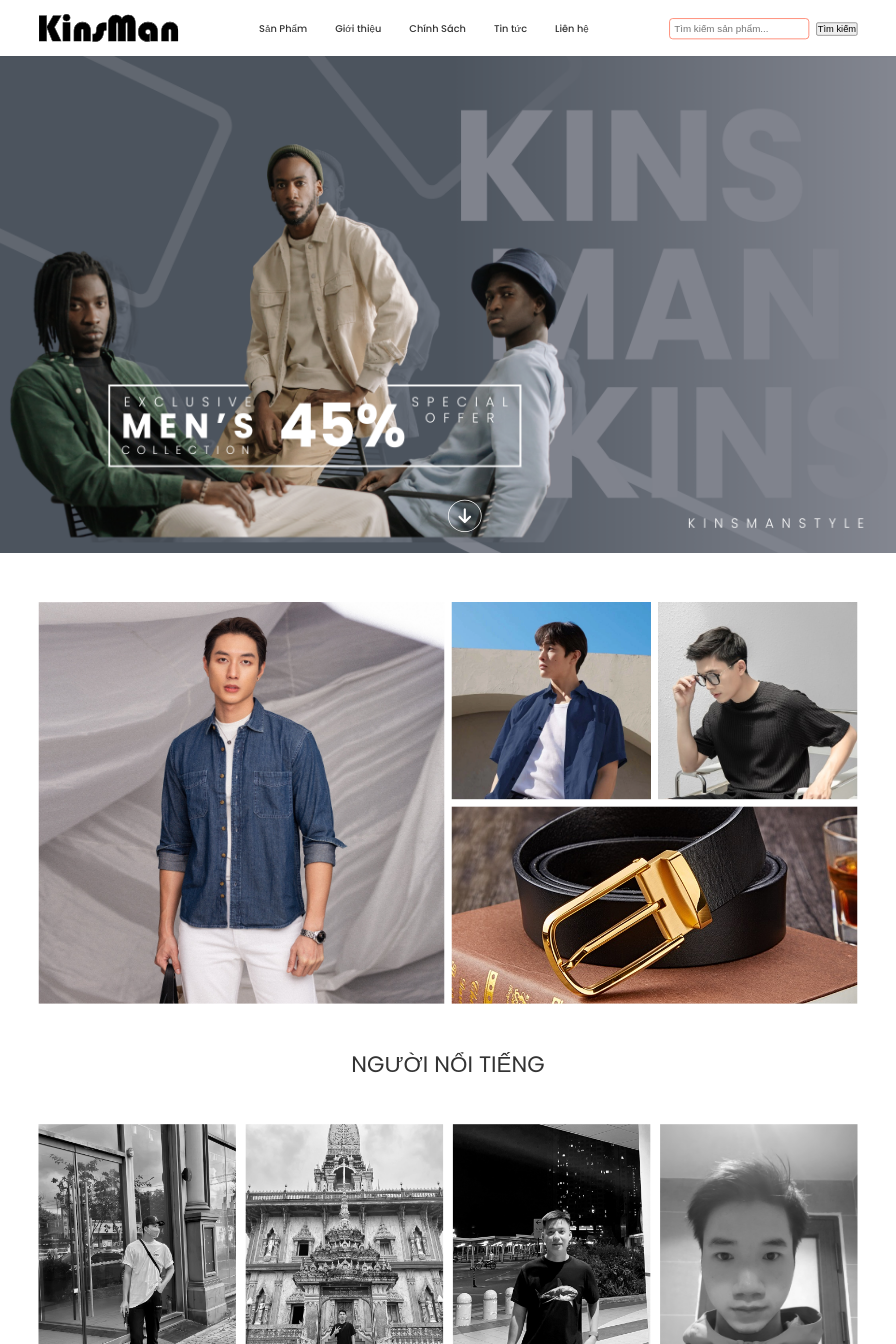
Repository: hoang28092000/kinsmanClothes
Page: index.html
An editor plug-in stored every save of this project. The page is shown before and after the next save, followed by the edit.
The browser window is 1280 px wide. The pictures show the part of the page from y = 0 to 1920 px (the page is 3595 px tall), at 70% of full size.
The first visible `.search-box input[type="text"]` has the focus.

Above is the page before, as saved 2025-05-12 20:27:46.

### index.html
<!DOCTYPE html>
<html lang="en">
  <head>
    <meta charset="UTF-8" />
    <meta name="viewport" content="width=device-width, initial-scale=1.0" />
    <link rel="preconnect" href="https://fonts.googleapis.com" />
    <link rel="preconnect" href="https://fonts.gstatic.com" crossorigin />
    <link
      href="https://fonts.googleapis.com/css2?family=Poppins:ital,wght@0,100;0,200;0,300;0,400;0,500;0,600;0,700;0,800;0,900;1,100;1,200;1,300;1,400;1,500;1,600;1,700;1,800;1,900&display=swap"
      rel="stylesheet"
    />
    <link
      rel="stylesheet"
      href="https://cdnjs.cloudflare.com/ajax/libs/font-awesome/6.7.2/css/all.min.css"
      integrity="sha512-Evv84Mr4kqVGRNSgIGL/F/aIDqQb7xQ2vcrdIwxfjThSH8CSR7PBEakCr51Ck+w+/U6swU2Im1vVX0SVk9ABhg=="
      crossorigin="anonymous"
      referrerpolicy="no-referrer"
    />
    <link rel="stylesheet" href="./css/reset.css" />
    <link rel="stylesheet" href="./css/main.css" />

    <title>KinsManClothes</title>
  </head>
  <body>
    <header class="header">
      <div class="container">
        <div class="content-header">
          <div class="logo">
            <a href="./index.html">
              <img
                src="./asset/logo/logo-kinsmann.svg"
                alt="KinsManClothes Logo"
              />
            </a>
          </div>
          <nav class="nav">
            <ul>
              <li><a href="./pages/product.html">Sản Phẩm</a></li>
              <li><a href="./pages/about-us.html">Giới thiệu</a></li>
              <li><a href="./pages/policy.html">Chính Sách</a></li>
              <li><a href="./pages/news.html">Tin tức</a></li>
              <li><a href="./pages/contact.html">Liên hệ</a></li>
            </ul>
          </nav>
          <form class="search-box">
            <input type="text" id="search-input" placeholder="Tìm kiếm sản phẩm..." />
            <button type="button" id="search-button">Tìm kiếm</button>
          </form>
        </div>
      </div>
    </header>

    <main>
      <div class="content-main">
        <div class="slider" id="slider">
          <img
            src="./asset/banner/banner-2.png"
            alt="banner"
            class="slide active"
          />
          <img src="./asset/banner/banner-3.png" alt="banner" class="slide" />
          <img src="./asset/banner/banner-1.png" alt="banner" class="slide" />
          <a href="#category-list"
            ><i class="fa-solid fa-arrow-down arrow-continue"></i
          ></a>
        </div>
      </div>
      <div class="container">
        <section class="category-list" id="category-list">
          <div class="card-wrapper">
            <img
              src="./asset/image/model-6.jpg"
              alt=""
              class="img-category-1"
            />
            <div class="overlay">
              <h3>Jeans</h3>
              <a href="./category/jeans.html">Xem thêm</a>
            </div>
          </div>
          <div class="card-wrapper-2">
            <img src="./asset/image/model-2.webp" alt="" />
            <div class="overlay">
              <h3>Sơ mi</h3>
              <a href="./category/somi.html">Xem thêm</a>
            </div>
          </div>
          <div class="card-wrapper-2">
            <img src="./asset/image/mode-10.jpg" alt="" />
            <div class="overlay">
              <h3>Áo thun</h3>
              <a href="./category/t-shirt.html">Xem thêm</a>
            </div>
          </div>
          <div class="card-wrapper-3">
            <img src="./asset/image/model-9.jpg" alt="" />
            <div class="overlay">
              <h3>Thắt lưng</h3>
              <a href="./category/belt.html">Xem thêm</a>
            </div>
          </div>
        </section>
        <section class="celebrity">
          <h2 class="title-heading">NGƯỜI NỔI TIẾNG</h2>
          <div class="celebrity-list">
            <a href="">
              <div class="celebrity-item">
                <img src="./asset/image/celep-1.jpg" alt="" />
                <h3>Ca sĩ Tùng Thanh</h3>
              </div>
            </a>
            <a href=""
              ><div class="celebrity-item">
                <img src="./asset/image/celep-5.jpg" alt="" />
                <h3>Nhà thiết kế thời trang Đăng Nam</h3>
              </div></a
            >
            <a href=""
              ><div class="celebrity-item">
                <img src="./asset/image/celep-3.jpg" alt="" />
                <h3>Nhà thiết kế Văn Dũng</h3>
              </div></a
            >
            <a href=""
              ><div class="celebrity-item">
                <img src="./asset/image/celep-7.jpg" alt="" />
                <h3>Diễn viên hài Hoàng Vũ</h3>
              </div></a
            >
          </div>
        </section>
        <section class="collection">
          <h2 class="title-heading">BỘ SƯU TẬP MỚI</h2>
          <div class="list-collection">
            <a href="./detail/detail-product.html?id=j-4">
              <div class="item-collection">
                <img src="./asset/image/j-4.webp" alt="this is collection" />
                <p>NEW</p>
              </div>
            </a>
            <a href="./detail/detail-product.html?id=j-5">
              <div class="item-collection">
                <img src="./asset/image/j-5.webp" alt="this is collection" />
                <p>NEW</p>
              </div>
            </a>
            <a href="./detail/detail-product.html?id=j-6">
              <div class="item-collection">
                <img src="./asset/image/j-6.webp" alt="this is collection" />
                <p>NEW</p>
              </div>
            </a>
            <a href="./detail/detail-product.html?id=j-7">
              <div class="item-collection">
                <img src="./asset/image/j-7.webp" alt="this is collection" />
                <p>NEW</p>
              </div>
            </a>
          </div>
        </section>
        <section class="news">
          <h2 class="title-heading">TIN TỨC NỔI BẬT</h2>
          <div class="list-news">
            <a href="">
              <div class="item-news">
                <img
                  src="./asset/image/new-1.jpg "
                  alt="this is picture news 1"
                />
                <div class="info-news">
                  <h3>Hướng dẫn chọn size</h3>
                  <p>
                    Tìm hiểu cách chọn size áo cho nam chuẩn nhất năm 2025. Bảng
                    size áo thun, áo sơ mi, áo jean, theo chiều cao, cân nặng và
                    số đo trên cơ thể.
                  </p>
                </div>
              </div>
            </a>
            <a href="">
              <div class="item-news">
                <img
                  src="./asset/image/news-2.webp "
                  alt="this is picture news 1"
                />
                <div class="info-news">
                  <h3>Phong Cách Mới – Năng động</h3>
                  <p>
                    Bứt phá khỏi những khuôn mẫu cũ kỹ, bộ sưu tập mới mang đến
                    hình ảnh người đàn ông hiện đại: tự tin, bản lĩnh và khác
                    biệt. Từ áo sơ mi tối giản đến blazer cách điệu, mọi chi
                    tiết đều được thiết kế để tôn vinh dáng vóc và thần thái của
                    phái mạnh. Đây không chỉ là quần áo – mà là tuyên ngôn về
                    phong cách sống.
                  </p>
                </div>
              </div>
            </a>
            <a href="">
              <div class="item-news">
                <img
                  src="./asset/image/news-3.jpg "
                  alt="this is picture news 1"
                />
                <div class="info-news">
                  <h3>Chất Lượng Định Hình Đẳng Cấp</h3>
                  <p>
                    Sự tinh tế không đến từ màu sắc nổi bật mà nằm ở từng đường
                    kim, mũi chỉ. Với chất liệu cao cấp, độ hoàn thiện vượt trội
                    và phom dáng chuẩn xác, mỗi thiết kế là sự kết hợp hoàn hảo
                    giữa thủ công và hiện đại. Không cần phô trương – bạn vẫn
                    nổi bật bằng chính sự chỉn chu đầy khí chấ
                  </p>
                </div>
              </div>
            </a>
            <a href="">
              <div class="item-news">
                <img
                  src="./asset/image/news-4.png "
                  alt="this is picture news 1"
                />
                <div class="info-news">
                  <h3>Sắc Màu Trẻ – Mạnh mẽ</h3>
                  <p>
                    Mạnh mẽ không có nghĩa là khô cứng. Những gam màu tươi mới
                    như xanh olive, be hiện đại hay đỏ rượu vang được xử lý tinh
                    tế, tạo nên phong cách vừa trẻ trung vừa lịch lãm. Bộ sưu
                    tập dành cho người đàn ông không ngại thể hiện cá tính – qua
                    màu sắc, qua phong cách, và qua từng bước đi
                  </p>
                </div>
              </div>
            </a>
          </div>
        </section>
      </div>
      <section class="banner-second">
        <img src="./asset/banner/banner-5.png" alt="this banner second" />
        <div class="info-banner">
          <h3>KINSMAN STORE - THƯƠNG HIỆU TRẺ TRUNG NĂNG ĐỘNG</h3>
        </div>
      </section>
      <div class="search-results"></div>
    </main>

    <footer class="footer">
      <div class="content-footer">
        <ul class="info-footer">
          <li class="contact-footer">
            <i class="fa-solid fa-phone icon-footer"></i>
            <p> : 0968 026 400</p>
          </li>
          <li class="contact-footer">
            <i class="fa-solid fa-envelope icon-footer"></i>
            <p> : hvu6097@gmail.com</p>
          </li>
        </ul>
        <ul class="info-footer">
          <li class="title-footer">
            GIỚI THIỆU
          </li>
          <li>
            <a href="">
              Hệ thống cửa hàng
            </a>
          </li>
          <li>
            <a href="">
              Sản phẩm
            </a>
          </li>
        </ul>
        <ul class="info-footer">
          <li class="title-footer">
            CHƯƠNG TRÌNH & CHÍNH SÁCH
          </li>
          <li>
            <a href="">Chương trình ưu đãi</a>
          </li>
          <li>
            <a href="">Chính sách bảo hành</a>
          </li>
          <li>
            <a href="">Chính sách đổi hàng</a>
          </li>
          <li>
            <a href="">Chính sách bảo mật</a>
          </li>
          <li>
            <a href="">Quy định thanh toán</a>
          </li>
        </ul>
        <ul class="info-footer">
          <li class="title-footer">
            TIN TỨC
          </li>
          <li>
            <a href="">Tin nổi bật</a>
          </li>
          <li>
            <a href="">Sao Việt và Khách hàng</a>
          </li>
        </ul>
        <ul class="footer-social">
          <li class="title-footer">Theo dõi KinsMan trên mạng xã hội</li>
          <li class="links-social">
            <i class="fa-brands fa-square-facebook icon-social"></i>
            <i class="fa-brands fa-square-instagram icon-social"></i>
            <img src="./asset/icon/icon-zalo2.png" class="img-zalo" alt="ZALO">
            <i class="fa-brands fa-square-x-twitter icon-social"></i>
          </li>
        </ul>
      </div>
      <div class="copy_right">
        <h3>Copyrights © 2025 by hoangVu.</h3>
      </div>
    </footer>

    <div class="up-page">
      <a href="#"><i class="fa-solid fa-angle-up icon-up"></i></a>
    </div>

    <script src="./js/main.js
    "></script>
  </body>
</html>

### css/main.css
:root {
  --primary-color: #ff6347;
  --secondary-color: #4caf50;
  --background-color: #f0f0f0;
  --text-color: #333;
}
* {
  padding: 0;
  margin: 0;
  box-sizing: border-box;
}
html {
  font-family: "Poppins", sans-serif;
  font-size: 62.5%;
  scroll-behavior: smooth;
}

.container {
  width: 1170px;
  max-width: calc(100% - 48px);
  margin: 0 auto;
}
.content-header {
  display: flex;
  justify-content: space-between;
  align-items: center;
}
.header {
  position: fixed;
  height: 80px;
  top: 0;
  left: 0;
  right: 0;
  z-index: 999;
  background-color: white;
  box-shadow: 0 2px 4px rgba(0, 0, 0, 0.05);
}
.arrow-continue {
  position: absolute;
  bottom: 30px;
  left: 50%;
  z-index: 2;
  font-size: 2.4rem;
  color: #fff;
  border: 1px solid #fff;
  padding: 10px 14px;
  border-radius: 50%;
}
.arrow-continue:hover {
  background-color: var(--primary-color);
  color: #fff;
  transition: all 0.3s ease-in-out;
}
header .logo img {
  width: 200px;
  height: 80px;
}
.nav ul {
  display: flex;
  justify-content: space-between;
  gap: 20px;
}
.nav a {
  text-decoration: none;
  color: var(--text-color);
  font-size: 1.4rem;
  font-weight: 500;
  padding: 10px;
  transition: all 0.3s ease-in-out;
}
.nav a:hover {
  color: var(--primary-color);
}
.search-box {
  display: flex;
  align-items: center;
  gap: 10px;
}
.search-box input[type="text"] {
  padding: 6px;
  border: 1px solid var(--text-color);
  border-radius: 5px;
  font-size: 1.4rem;
  width: 200px;
  outline: none;
}
.search-box input[type="text"]:focus {
  border-color: var(--primary-color);
}
.search-box button[type="submit"] {
  background-color: #333;
  color: #fff;
  font-weight: 500;
  border: none;
  padding: 6px 12px;
  border-radius: 5px;
  cursor: pointer;
  font-size: 1.4rem;
  transition: all 0.3s ease-in-out;
}
.search-box button[type="submit"]:hover {
  background-color: var(--primary-color);
}

/* main */
.content-main {
  margin-top: 80px;
}
.slider {
  position: relative;
  width: 100%;
  height: 710px;
  overflow: hidden;
}
.slide {
  position: absolute;
  width: 100%;
  height: 100%;
  opacity: 0;
  transition: opacity 0.5s ease-in-out;
}
.slide.active {
  opacity: 1;
  z-index: 1;
}

.overlay {
  background-color: #928d8d;
  display: none;
}
.overlay h3 {
  color: #fff;
  font-size: 2.4rem;
}

.category-list {
  margin-top: 70px;
  display: grid;
  grid-template-columns: repeat(4, 1fr);
  grid-template-rows: repeat(2, 282px);
  gap: 10px;
}
.card-wrapper {
  position: relative;
  width: 100%;
  grid-column: span 2; /* chiếm 2 cột */
  grid-row: span 2;
  overflow: hidden;
}

.card-wrapper-2 {
  position: relative;
  width: 100%;
  overflow: hidden;
}
.card-wrapper-3 {
  position: relative;
  width: 100%;
  grid-column: span 2; /* chiếm 3 cột */
  grid-row: span 1;
  overflow: hidden;
}

.category-list img {
  width: 100%;
  height: 100%;
  object-fit: cover;
  object-position: top;
  transition: all 0.3s ease-in-out;
}

.card-wrapper-3 img {
  object-position: center;
}

.card-wrapper:hover .overlay,
.card-wrapper-2:hover .overlay,
.card-wrapper-3:hover .overlay {
  position: absolute;
  top: 0;
  left: 0;
  right: 0;
  bottom: 0;
  display: flex;
  flex-direction: column;
  justify-content: center;
  align-items: center;
  width: 100%;
  height: 100%;
  background-color: rgba(0, 0, 0, 0.5);
  transition: all 0.3s ease-in-out;
}
.overlay a {
  display: block;
  text-decoration: none;
  color: #fff;
  font-size: 1.6rem;
  margin-top: 30px;
  border: 1px solid #fff;
  padding: 10px 20px;
  transition: all 0.3s ease-in-out;
  border-radius: 5px;
  background-color: transparent;
}
.overlay a:hover {
  background-color: var(--primary-color);
  color: #fff;
}

.card-wrapper:hover img,
.card-wrapper-2:hover img,
.card-wrapper-3:hover img {
  transform: scale(1.05);
  transition: all 0.3s ease-in-out;
}

/* celebrity */
.celebrity {
  margin-top: 70px;
}
.title-heading {
  text-align: center;
  font-size: 3.2rem;
  color: var(--text-color);
  margin-bottom: 70px;
}
.celebrity-list {
  display: flex;
  justify-content: space-between;
  align-items: center;
}
.celebrity-list a {
  text-decoration: none;
}
.celebrity-item {
  position: relative;
  width: 282px;
}
.celebrity-item img {
  width: 100%;
  height: 390px;
  object-fit: cover;
  object-position: top;
  filter: blur(0px) grayscale(100%) sepia(0);
  transition: filter 0.4s ease;
}
.celebrity-item img:hover {
  filter: grayscale(0%);
  cursor: pointer;
}
.celebrity-item h3 {
  font-size: 1.4rem;
  font-weight: 600;
  color: #333;
  margin-top: 12px;
  text-align: center;
}

/* collection */
.collection {
  margin-top: 70px;
}
.list-collection {
  display: flex;
  justify-content: space-between;
  align-items: center;
  gap: 10px;
}
.item-collection {
  position: relative;
  width: 277px;
  overflow: hidden;
  height: 276px;
}
.item-collection img {
  width: 100%;
  height: 100%;
  transition: transform 0.3s ease;
}
.item-collection p {
  position: absolute;
  top: 20px;
  left: 20px;
  background-color: #fff;
  color: #333;
  font-size: 1.2rem;
  font-weight: 600;
  padding: 4px 8px;
  border-radius: 7px;
}
.item-collection img:hover {
  transform: scale(1.05);
}

/* news */
.news {
  margin-top: 70px;
}
.list-news {
  display: flex;
  justify-content: space-between;
  align-items: center;
  gap: 20px;
}
.item-news {
  width: 280px;
  height: 310px;
}
.item-news img {
  width: 100%;
  height: 210px;
}
.list-news a {
  text-decoration: none;
  transition: filter 0.4s ease;
  filter: blur(0px) grayscale(100%) sepia(0);
}
.list-news a:hover {
  filter: grayscale(0%);
}

.info-news {
  padding: 12px;
}
.info-news h3 {
  font-size: 1.4rem;
  font-weight: 600;
  margin-bottom: 10px;
  text-align: center;
  color: #333;
}
.info-news p {
  display: -webkit-box;
  -webkit-line-clamp: 2;
  -webkit-box-orient: vertical;
  overflow: hidden;
  text-overflow: ellipsis;
  font-size: 1.4rem;
  color: #333;
  font-weight: 300;
  line-height: 1.57;
}

/* banner second */
.banner-second {
  position: relative;
  margin-top: 70px;
  width: 100%;
  height: 250px;
}
.banner-second img {
  width: 100%;
  height: 100%;
  object-fit: center;
  background-position: center;
}
.banner-second h3 {
  position: absolute;
  top: 50%;
  color: #fff;
  font-size: 2.4rem;
  font-weight: 600;
  left: 50%;
  transform: translateX(-50%);
  font-family: "Roboto", sans-serif;
}

/* footer */
.footer {
  margin-top: 70px;
  box-shadow: 0 -4px 10px rgba(0, 0, 0, 0.1);
}

.content-footer {
  display: flex;
  justify-content: space-between;
  gap: 40px;
  padding-left: 20px;
}
.info-footer {
  max-width: 288px;
  padding-top: 20px;
  padding-bottom: 20px;
}
.contact-footer {
  display: flex;
  align-items: center;
}
.contact-footer .icon-footer {
  font-size: 1.2rem;
}
.contact-footer p {
  font-size: 1.4rem;
  margin-left: 8px;
}
.title-footer {
  font-size: 1.4rem;
  color: #333;
  margin-bottom: 12px;
  font-weight: 600;
}
.info-footer li {
  margin-bottom: 12px;
}
.info-footer a {
  font-size: 1.3rem;
  text-decoration: none;
  color: #333;
}
.info-footer a:hover {
  color: var(--primary-color);
}
.footer-social {
  background-color: var(--background-color);
  display: flex;
  justify-content: center;
  align-items: center;
  flex-direction: column;
  padding: 0 20px;
}
.footer-social a{
  text-decoration: none;
}
.links-social {
  display: flex;
  justify-content: center;
  align-items: center;
  gap: 2px;
}
.links-social .icon-social {
  width: 60px;
  height: 60px;
  font-size: 3.6rem;
  display: flex;
  justify-content: center;
  align-items: center;
  transition: transform 0.3s ease;
  color: #333;
}
.links-social .icon-social:hover,
.img-zalo:hover {
  transform: translateY(-4px);
  cursor: pointer;
}
.img-zalo {
  width: 60px;
  height: 60px;
  transition: transform 0.3s ease;
  object-fit: cover;
}
.copy_right {
  width: 100%;
  height: 40px;
  background-color: #000;
  display: flex;
  justify-content: center;
  align-items: center;
}
.copy_right h3 {
  font-size: 1.4rem;
  color: #fff;
  font-weight: 300;
}

/* up page */
.up-page {
  position: fixed;
  bottom: 60px;
  right: 40px;
}
.up-page .icon-up {
  font-size: 2.4rem;
  color: #fff;
  background-color: rgba(173, 167, 167, 0.6);
  padding: 10px 11px;
}
.up-page .icon-up:hover {
  background-color: #333;
  cursor: pointer;
}

/* css search */
.search-results {
  margin-top: 20px;
  display: flex;
  flex-wrap: wrap;
  gap: 20px;
}

.product-item {
  border: 1px solid #ddd;
  padding: 10px;
  width: 200px;
  text-align: center;
}

.product-item img {
  max-width: 100%;
  height: auto;
}

.product-item h3 {
  font-size: 16px;
  margin: 10px 0;
}

.product-item p {
  font-size: 14px;
  color: #555;
}

### js/main.js
const sliders = document.querySelectorAll(".slide");
let current = 0;
let interval = null;

function showNextSlide() {
  sliders[current].classList.remove("active");
  current = (current + 1) % sliders.length;
  sliders[current].classList.add("active");
}
function startSlider() {
  interval = setInterval(showNextSlide, 2500);
}
function stopSlider() {
  clearInterval(interval);
}

const slider = document.getElementById("slider");
if (slider) {
  slider.addEventListener("mouseover", stopSlider);
  slider.addEventListener("mouseleave", startSlider);
}
// Tạo trang chi tiết sản phẩm
if (window.location.pathname.includes('detail-product.html')) {
  const id = new URLSearchParams(window.location.search).get("id");

  fetch('../data/products.json')
    .then(res => res.json())
    .then(data => {
      const product = data.find(item => item.id === id);
      if (product) {
        document.querySelector('.product-img').src = product.image;
        document.querySelector('.product-name').textContent = product.name;
        document.querySelector('.product-price').textContent = product.price;
        document.querySelector('.product-description').textContent = product.description;
      } else {
        document.body.innerHTML = '<p>Sản phẩm không tồn tại.</p>';
      }
    })
    .catch(err => {
      console.error('LỖI FETCH:', err);
    });
}

// search box
document.addEventListener('DOMContentLoaded', () => {
  const searchButton = document.getElementById('search-button');
  if (searchButton) {
    searchButton.addEventListener('click', () => {
      const searchInput = document.getElementById('search-input').value.toLowerCase();

      fetch('../data/products.json')
        .then(res => res.json())
        .then(data => {
          const filteredProducts = data.filter(product =>
            product.name.toLowerCase().includes(searchInput) ||
            product.description.toLowerCase().includes(searchInput)
          );

          const resultsContainer = document.querySelector('.search-results');
          resultsContainer.innerHTML = '';

          if (filteredProducts.length > 0) {
            filteredProducts.forEach(product => {
              const productHTML = `
                <div class="product-item">
                  <img src="${product.image}" alt="${product.name}" />
                  <h3>${product.name}</h3>
                  <p>${product.price}</p>
                  <p>${product.description}</p>
                  <a href="./detail/detail-product.html?id=${product.id}">Xem chi tiết</a>
                </div>
              `;
              resultsContainer.innerHTML += productHTML;
            });
          } else {
            resultsContainer.innerHTML = '<p>Không tìm thấy sản phẩm phù hợp.</p>';
          }
        })
        .catch(err => console.error('LỖI FETCH:', err));
    });
  } else {
    console.error('Không tìm thấy nút tìm kiếm!');
  }
});

Loaded but not shown: css/reset.css (common file)

After the next save:
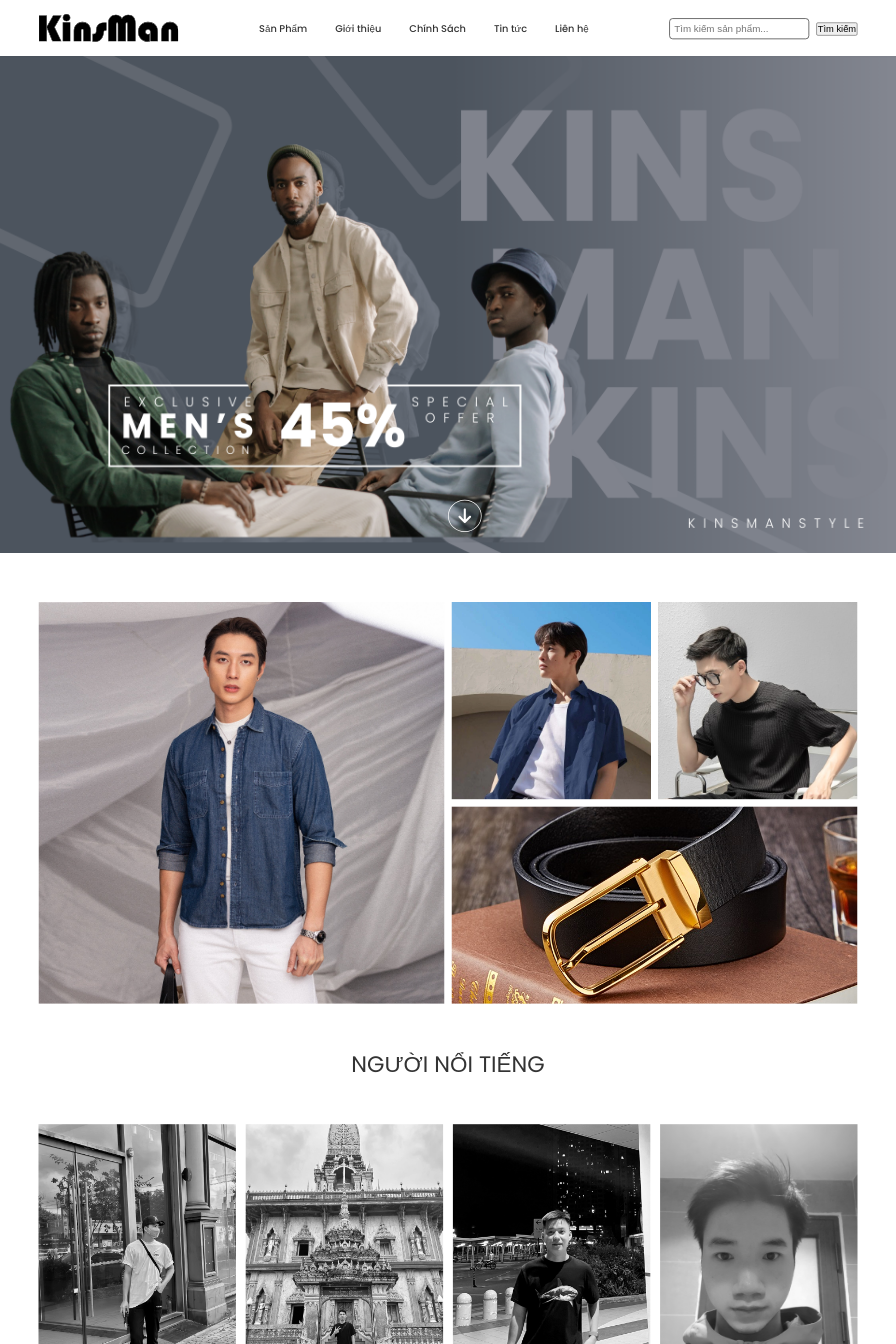
Saved 4 min 58 s later.
--- a/css/main.css
+++ b/css/main.css
@@ -84,9 +84,6 @@
   width: 200px;
   outline: none;
 }
-.search-box input[type="text"]:focus {
-  border-color: var(--primary-color);
-}
 .search-box button[type="submit"] {
   background-color: #333;
   color: #fff;
